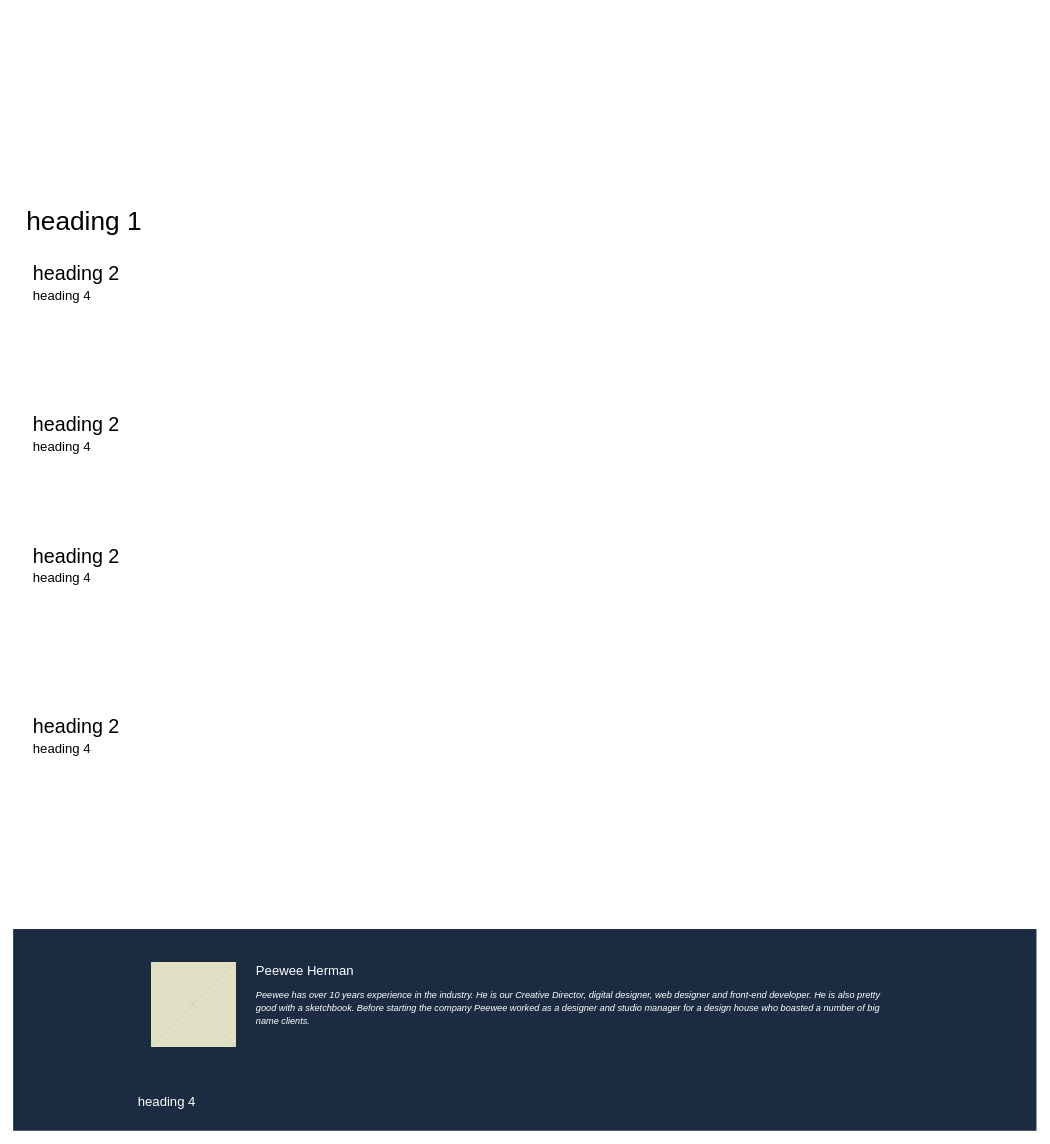
Repository: MonicaNguyenH/LAB-02A-Project1
Page: index.html
These files come from the project's save history. The page is drawn as it stood at one moment and after the next save; the edit follows.
The browser window is 1280 px wide. The pictures show the whole page, at 82% of full size.

Above is the page before, as saved 2024-02-06 19:32:44.

### index.html
<!doctype html>
<html class="no-js" lang="EN">

    <head>
        <meta charset="utf-8">
        <meta name="viewport" content="width=device-width, initial-scale=1">
        <title>Jumi - Tina - Monica  LAB-02A</title>
        <link rel="stylesheet" href="css/style.css">
        <meta name="description" content="">

        <meta property="og:title" content="">
        <meta property="og:type" content="">
        <meta property="og:url" content="">
        <meta property="og:image" content="">

        <link rel="icon" href="/favicon.ico" sizes="any">
        <link rel="icon" href="/icon.svg" type="image/svg+xml">
        <link rel="apple-touch-icon" href="icon.png">

        <link rel="manifest" href="site.webmanifest">
        <meta name="theme-color" content="#fafafa">
    </head>
    <body>
            <div className="row">
                <header class="headerContainer">
                    <div class="navigationBar">
                        <div class="logo"></div>
                        <div class="menuContainer">
                            <div class="menuComponent"></div>
                            <div class="menuComponent"></div>
                            <div class="menuComponent"></div>
                            <div class="menuComponent"></div>
                            <div class="menuComponent"></div>
                    </div>
                    <div class="carouselContainer"></div>
            </header>
            <main class="mainContainer">
                <div class="headingContainer">
                    <h1 class="headingOne">heading 1</h1>
                </div>
                <!--can be called serviceContainer-->
                <div class="infoContainer">
                    <div class="infoTitle">
                        <h2 class="headingTwo">heading 2</h2> <!--section intro heading-->
                        <h4 class="headingFour">heading 4</h4> <!--section intro subheading-->
                    </div>
                    <!--can be called sectionItem-->
                    <div class="infoBox"></div>
                    <div class="infoBox"></div>
                    <div class="infoBox"></div>
                    <div class="infoBox"></div>
                </div>
                <div class="imageContainer">
                    <div class="imageTitle">
                        <h2 class="headingTwo">heading 2</h2>
                        <h4 class="headingFour">heading 4</h4>
                    </div>
                    <div class="imageBox"></div>
                    <div class="imageBox"></div>
                    <div class="imageBox"></div>
                </div>
                <div class="projectContainer">
                    <div class="projectTitle">
                        <h2 class="headingTwo">heading 2</h2>
                        <h4 class="headingFour">heading 4</h4>
                    </div>
                    <div class="projectBox"></div>
                    <div class="projectBox"></div>
                    <div class="projectBox"></div>
                    <div class="projectBox"></div>
                    <div class="projectBox"></div>
                </div>
                <div class="accordionContainer">
                    <div class="accordionTitle">
                        <h2 class="headingTwo">heading 2</h2>
                        <h4 class="headingFour">heading 4</h4>
                    </div>
                    <div class="accordionMenu"></div>
                    <div class="accordionTab"></div>
                </div>
                <div class="sponsorshipContainer ">
                    <div class="sponsor"></div>
                    <div class="sponsor"></div>
                    <div class="sponsor"></div>
                    <div class="sponsor"></div>
                    <div class="sponsor"></div>
                </div>
            </main>
            <footer class="footerContainer">
                <div class="row s-col-1 m-col-2 l-col-4">
                    <div class="col row-span">
                        <div class="grid s-col-2 m-col-2-1 l-col-2-1">
                            <div class="col">
                                <img src="img/placeholder.svg" alt="placeholder image"/>
                            </div>
                            <div class="col">
                                <h5 class="headingFive">Peewee Herman</h5>
                                <p>Peewee has over 10 years experience in the industry. He is our Creative Director, digital designer, web designer and front-end developer. He is also pretty good with a sketchbook. Before starting the company Peewee worked as a designer and studio manager for a design house who boasted a number of big name clients.</p>
                            </div>
                        </div>
                    </div>
                    <div class="footerBox">
                        <h4 class="headingFour">heading 4</h4>
                    </div>
                    <div class="footerBox"></div>
                    <div class="footerBox"></div>
                    <div class="footerBox"></div>
                </div>
            </footer>
        </div>
    </body>


</html>

<!--
    - BEM
    - use instead of articleContainer - article
    - aricleItem
    - carouselSlide
    - never number stuff
    - naming convention is to reuse them as much as possible
    - dry - dont repeat yourself
    - avoid using straight width - height

-->

### css/style.css
:root {
    font-size: 16px;
    line-height: 1.4;
    color: var(--black);
    font-family: Helvetica, sans-serif;

    --dark-blue: #1B2C42;
    --white: #fff;
    --black: black;
    --blue: #56CBF9;
    --green: #ACECA1;
    --yellow: #F5D491;
    --pink: #F17EA6;
 }

audio,
canvas,
iframe,
img,
svg,
video {
    vertical-align: middle;
}

fieldset {
    border: 0;
    margin: 0;
    padding: 0;
}

textarea {
    resize: vertical;
}

img {
    width: 100%;
}

h1,
h2,
h3,
h4,
h5,
h6 {
    font-family: Arial, Helvetica, sans-serif;
    font-weight: 300;
    margin: 0;
}

p {
    font-family: Arial, Helvetica, sans-serif;
    font-size: 0.7rem;
    font-style: italic;
}

h5 {
    font-size: 1em;
}

div,
main,
section,
footer,
header {
    min-height: 0.5rem;
    padding: 0.5rem;
}

/**core layout**/
.row {
    display: grid;
    row-gap: 1rem;
    margin: auto;
}

.col {
    position: relative;
}

/********************STYLING********************/
.footerContainer {
    background-color: var(--dark-blue);
    color: var(--white);
}

.row-span {
    grid-column-start: 1;
    grid-column-end: -1;
}


.grid {
    display: grid;
    column-gap: 0.5rem;
    row-gap: 0.5rem;
}


/*********************Small only*********************/
@media screen and (max-width: 39.9375em) {
    .row {
        margin: auto;
        max-width: 60rem;
        column-gap: 1.5rem;
        row-gap: 1.5rem;
    }

    .s-col-1 {
        grid-template-columns: 1fr;
    }

    .s-col-2 {
        grid-template-columns: 1fr 1fr;
    }

    .col-2 {
        grid-template-columns: 1fr 1fr;
    }

}


/********************** Medium and up **********************/
@media screen and (min-width: 40em) {
    .row {
        margin: auto;
        max-width: 40rem;
        column-gap: 1.5rem;
        row-gap: 1.5rem;
    }

    .m-col-2 {
        grid-template-columns: 1fr 1fr;
    }

    .m-col-2-1 {
        grid-template-columns: 0.2fr 1fr;
    }



}


/********************** Medium only **********************/
@media screen and (min-width: 40em) and
(max-width: 63.9375em) {

}


/********************** Large and up **********************/
@media screen and (min-width: 64em) {
    .row{
        margin: auto;
        max-width: 60rem;
        column-gap: 1.5rem;
        row-gap: 1.5rem;
    }

    .l-col-4 {
        grid-template-columns: repeat(4, 1fr);
    }

    .l-col-2-1 {
        grid-template-columns: 0.15fr 1fr;
    }


}


/********************** Large only **********************/
@media screen and (min-width: 64em) and
(max-width: 74.9375em) {
}


/*
p {
        font-size: 0.6em;
        font-style: italic;
    }




p {
        font-size: 0.2em;
        font-style: italic;
    }



p {
    font-size: 0.7em;
    font-style: italic;
}


/*

After the next save:
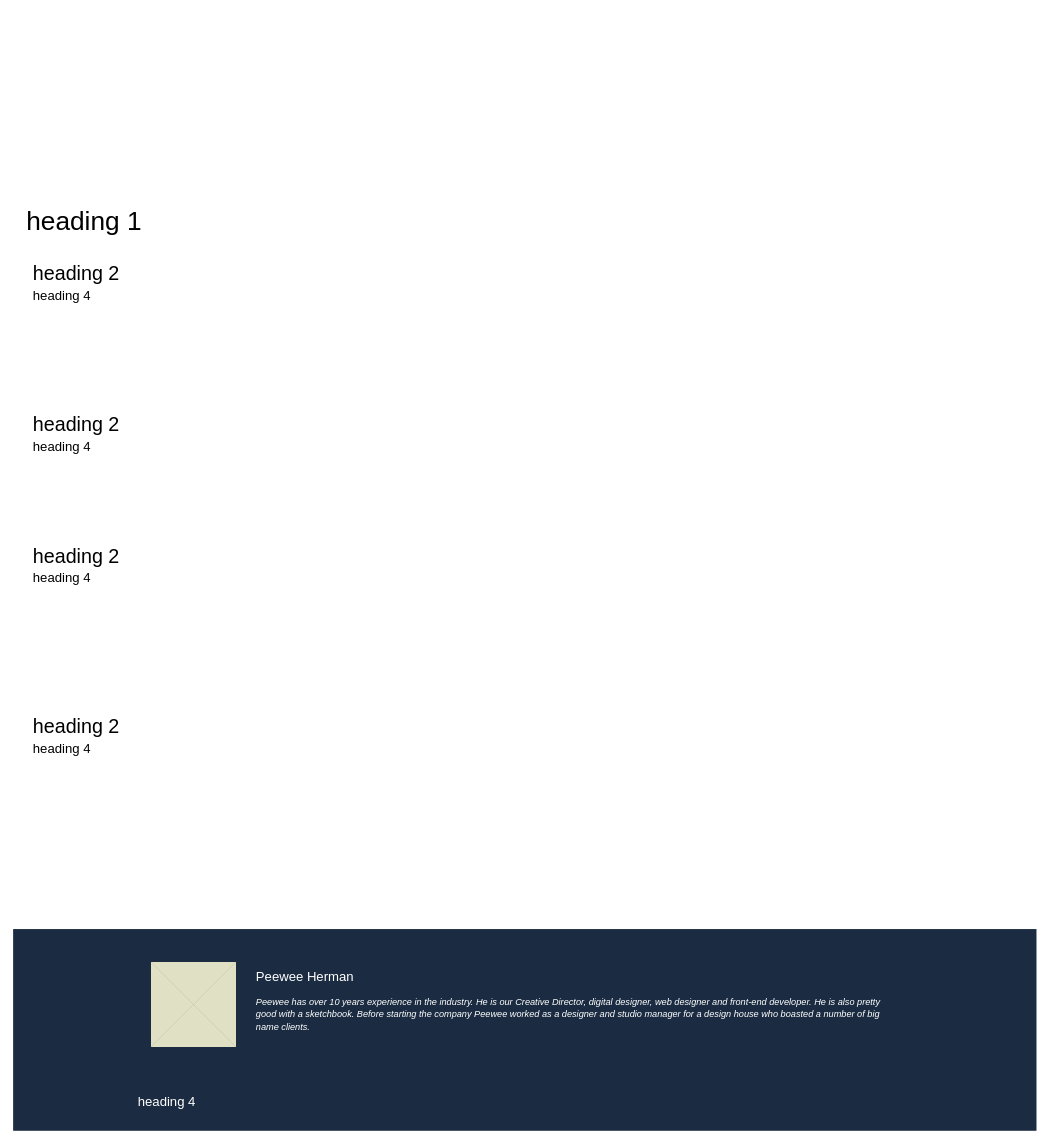
Saved 27 s later.
--- a/css/style.css
+++ b/css/style.css
@@ -55,6 +55,7 @@
 
 h5 {
     font-size: 1em;
+    padding-top: 1vh;
 }
 
 div,
